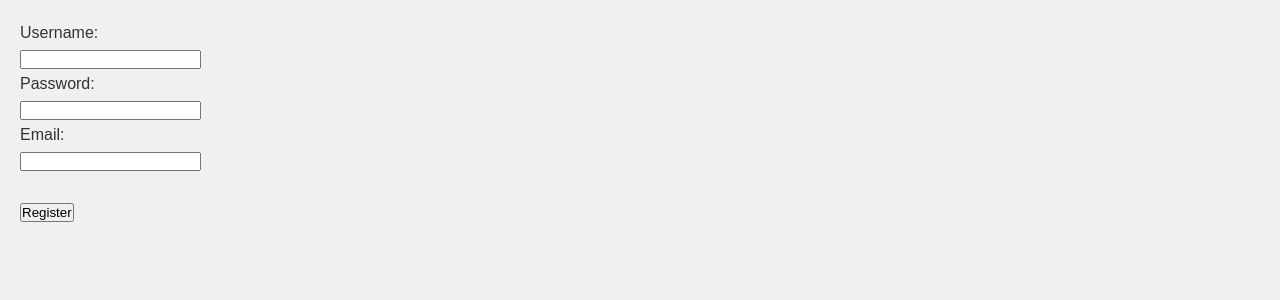
Repository: Javimetro/UniZen
Page: client/public/register.html
An editor plug-in stored every save of this project. The page is shown before and after the next save, followed by the edit.
The browser window is 1280 px wide. The pictures show the whole page.

Above is the page before, as saved 2024-03-12 18:00:02.

### client/public/register.html
<!DOCTYPE html>
<html>
  <head>
    <meta charset="UTF-8">
    <meta name="viewport" content="width=device-width, initial-scale=1.0">
    <title>Register</title>
    <link rel="stylesheet" href="../src/styles/style.css"> <!-- Link to CSS file -->
    <link rel="icon" href="/public/assets/images/favicon.ico" type="image/x-icon">
</head>
<body>
  <form id="register-form" onsubmit="return validateForm()">
    <label for="username">Username:</label><br>
    <input type="text" id="username" name="username" required><br>
    <label for="password">Password:</label><br>
    <input type="password" id="password" name="password" maxlength="8" required><br>
    <label for="email">Email:</label><br>
    <input type="email" id="email" name="email" pattern="[a-z0-9._%+-]+@[a-z0-9.-]+\.[a-z]{2,}$" required><br>
    <span id="infoBox" style="display: none;">University e-mail</span><br>
    <input type="submit" value="Register">
  </form>

  <script src="../src/register.js"></script>
  <script>
    function validateForm() {
      var password = document.getElementById("password").value;

      if (password.length > 8) {
        alert("Password must be maximum 8 characters long.");
        return false;
      }

      return true;
    }
    window.onload = function() {
      document.getElementById("email").addEventListener("click", function() {
        document.getElementById("infoBox").style.display = "inline";
      });
    }
  </script>
</body>
</html>

### client/src/styles/style.css
/* Basic Reset */
* {
  margin: 0;
  padding: 0;
  box-sizing: border-box;
}

body {
  font-family: 'Arial', sans-serif;
  background-color: #f0f0f0;
  color: #333;
  line-height: 1.6;
  padding: 20px;
}

h1 {
  color: #0fc61b;
  margin-bottom: 20px;
}



p {
  margin-bottom: 20px;
}

#kissaContainer {
  max-width: 800px;
  display: flex;
  flex-direction: column;
  margin: auto;
  background: #fff;
  padding: 20px;
  border-radius: 8px;
  box-shadow: 0 2px 4px rgba(0, 0, 0, 0.1);
}
.card-area {
  display: flex;
  flex-direction: row;
}
.card {
  display: flex; /* Use flexbox layout */
  border: 1px solid #ccc; /* Optional: Add border for visual separation */
  border-radius: 5px; /* Optional: Add border radius for rounded corners */
}

.card-img {
  flex: 1; /* Make the image container grow to fill available space */
  padding: 10px; /* Optional: Add padding for spacing */
}

.card-img img {
  width: 100%; /* Make the image fill the container */
  border-radius: 5px; /* Optional: Add border radius for rounded corners */
}

.card-diary {
  flex: 2; /* Make the diary entry container grow to fill available space */
  padding: 10px; /* Optional: Add padding for spacing */
}

### client/src/register.js
document.getElementById('register-form').addEventListener('submit', async function(event) {
  event.preventDefault();

  const username = document.getElementById('username').value;
  const password = document.getElementById('password').value;
  const email = document.getElementById('email').value;

  const response = await fetch('http://localhost:3000/api/users/', {
    method: 'POST',
    headers: {
      'Content-Type': 'application/json'
    },
    body: JSON.stringify({ username, password, email })
  });

  if (response.ok) {
    const data = await response.json();
    localStorage.setItem('token', data.token);
    alert(data.message);
    window.location.href = 'login.html';// Redirect to another page or update the UI

  } else {
    const errorData = await response.json();
    alert(errorData.message);
  }
});

After the next save:
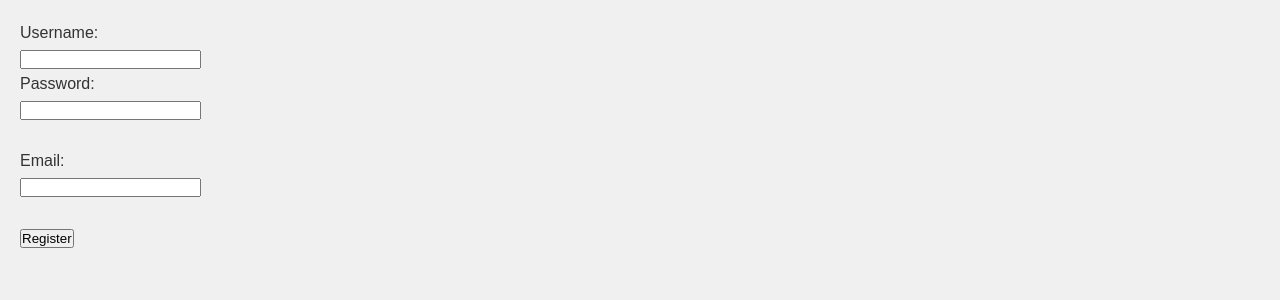
Saved 93 s later.
--- a/client/public/register.html
+++ b/client/public/register.html
@@ -13,6 +13,7 @@
     <input type="text" id="username" name="username" required><br>
     <label for="password">Password:</label><br>
     <input type="password" id="password" name="password" maxlength="8" required><br>
+    <span id="infoBox" style="display: none;">Password must be at least 8 characters long</span><br>
     <label for="email">Email:</label><br>
     <input type="email" id="email" name="email" pattern="[a-z0-9._%+-]+@[a-z0-9.-]+\.[a-z]{2,}$" required><br>
     <span id="infoBox" style="display: none;">University e-mail</span><br>

After the 3 saves that followed:
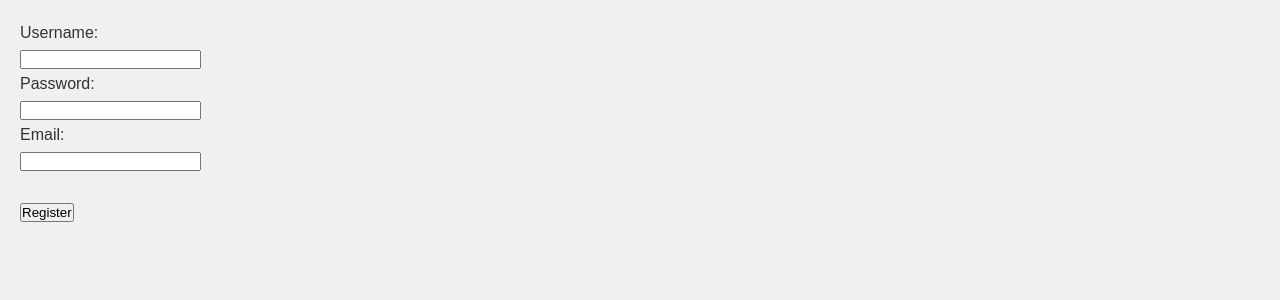
The 3 saves are shown as one change because 2 left the picture as it was.
The last was saved 4 min 28 s later.
--- a/client/public/register.html
+++ b/client/public/register.html
@@ -13,7 +13,6 @@
     <input type="text" id="username" name="username" required><br>
     <label for="password">Password:</label><br>
     <input type="password" id="password" name="password" maxlength="8" required><br>
-    <span id="infoBox" style="display: none;">Password must be at least 8 characters long</span><br>
     <label for="email">Email:</label><br>
     <input type="email" id="email" name="email" pattern="[a-z0-9._%+-]+@[a-z0-9.-]+\.[a-z]{2,}$" required><br>
     <span id="infoBox" style="display: none;">University e-mail</span><br>
@@ -25,16 +24,24 @@
     function validateForm() {
       var password = document.getElementById("password").value;
 
-      if (password.length > 8) {
-        alert("Password must be maximum 8 characters long.");
+      if (password.length < 8) {
+        alert("At least 8 characters");
         return false;
       }
 
       return true;
     }
+
     window.onload = function() {
-      document.getElementById("email").addEventListener("click", function() {
-        document.getElementById("infoBox").style.display = "inline";
+      var email = document.getElementById("email");
+      var infoBox = document.getElementById("infoBox");
+
+      email.addEventListener("focus", function() {
+        infoBox.style.display = "inline";
+      });
+
+      email.addEventListener("blur", function() {
+        infoBox.style.display = "none";
       });
     }
   </script>
